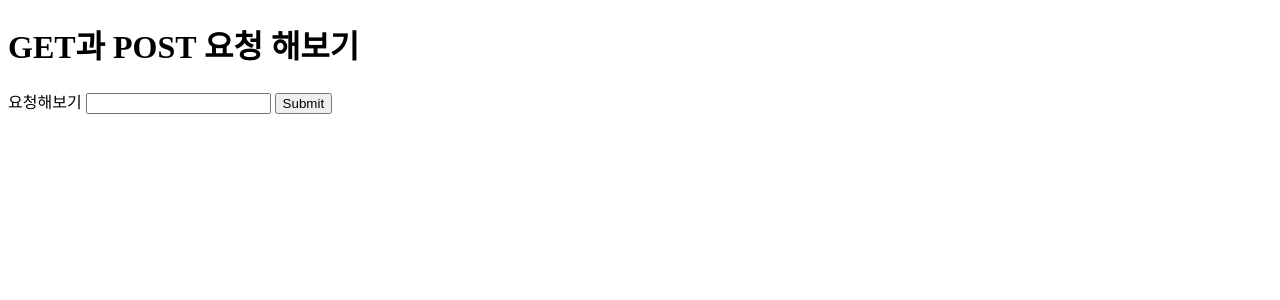
Repository: Jeongsuwon/JavaServlet
Page: WorkSpace/01.HelloJspServlet/src/main/webapp/getpost.html
These files come from the project's save history. The page is drawn as it stood at one moment and after the next save; the edit follows.
The browser window is 1280 px wide. The pictures show the whole page.

Above is the page before, as saved 2023-05-18 02:09:50.

After the next save:
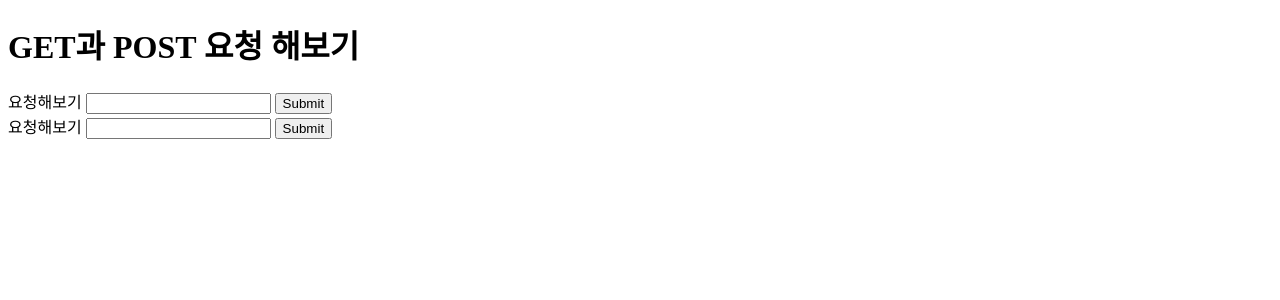
Saved 23 s later.
--- a/WorkSpace/01.HelloJspServlet/src/main/webapp/getpost.html
+++ b/WorkSpace/01.HelloJspServlet/src/main/webapp/getpost.html
@@ -11,5 +11,11 @@
 			<input type="text" name="txt1" id="txt2" >
 			<input type="submit">
 	</form>
+
+	<form action="Ex03_GetPost">
+	<label name="name">요청해보기</label>
+	<input type="text" name="name" id="name">
+	<input type="submit">
+	</form>
 </body>
 </html>
